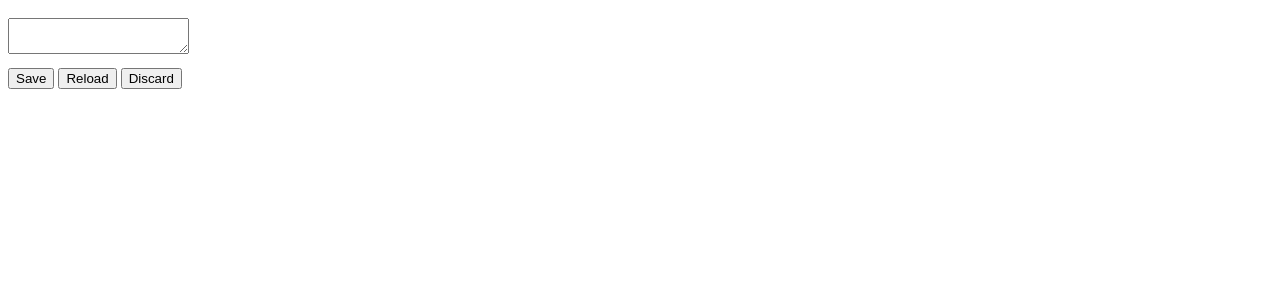
Repository: officialErnests/cssLoader
Page: popup.html
These files come from the project's save history. The page is drawn as it stood at one moment and after the next save; the edit follows.
The browser window is 1280 px wide. The pictures show the whole page.

Above is the page before, as saved 2026-06-19 13:20:44.
Console error: TypeError: Cannot read properties of null (reading 'addEventListener')

After the next save:
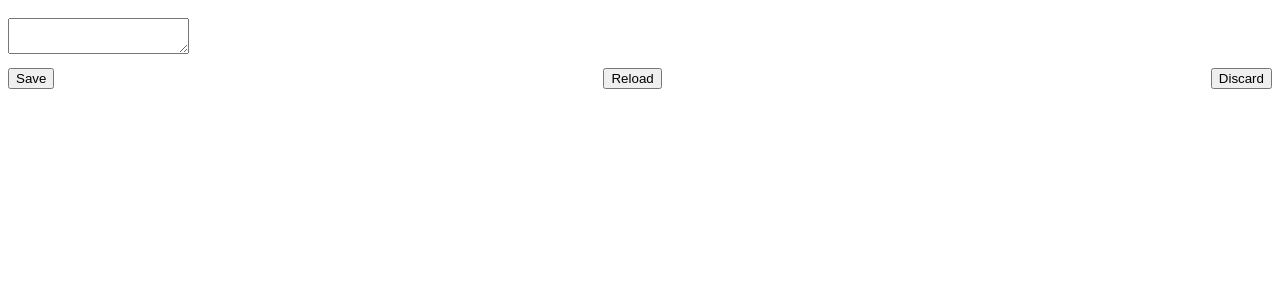
Saved 18 s later.
--- a/style.css
+++ b/style.css
@@ -3,3 +3,7 @@ body {
     flex-direction: column;
     gap: 10px;
 }
+.buttons {
+    display: flex;
+    justify-content: space-between;
+}
